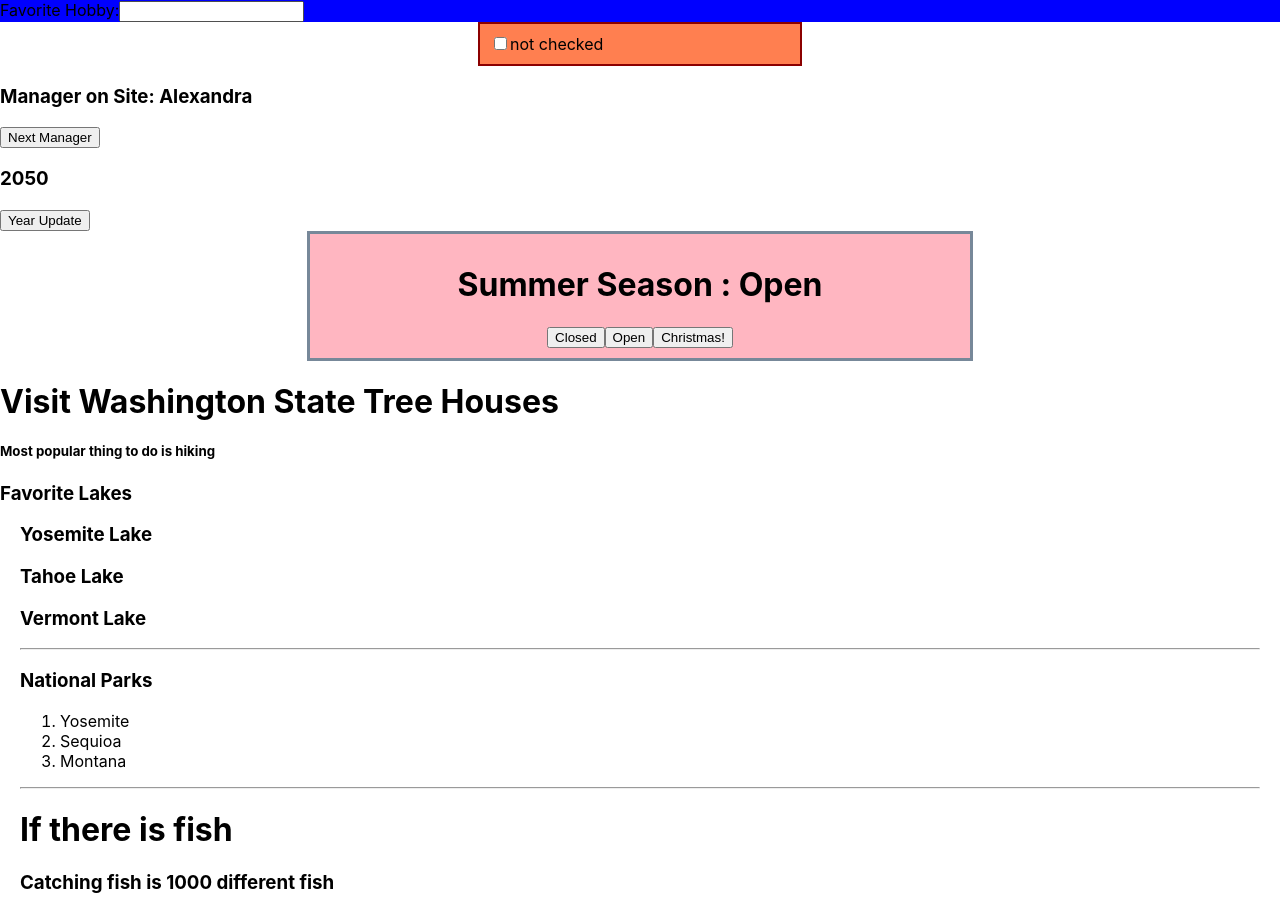
Repository: CaptainStorm21/intro-react-hooks
Page: /
The author's editor kept a copy of each file at every save. The page is drawn from the files as they stood at one save, then again after a run of saves.
The browser window is 1280 px wide. The pictures show the whole page.
The project was rebuilt for these pictures with package versions that can differ from the ones it lists, and the page was loaded fresh each time. Also part of the build but not shown: src/App.css.

Above is the page before, as saved 2020-05-27 21:57:44.

### src/index.js
import React from "react";
import ReactDOM from "react-dom";
import "./index.css";
import Fragment from "./Fragment"
import UseEffect from "./UseEffect";

const nationalParkList = ["Yosemite", "Sequioa", "Montana"];
const campingList = [
  {
    id: 0,
    name: "Mulberry Camp",
    location: " South Montana",
  },
  {
    id: 1,
    name: "Volga Camp",
    location: "Oregon",
  },
  {
    id: 2,
    name: "Captain Camp",
    location: "East Montana",
  },
  {
    id: 3,
    name: "Blue Dunes Camp",
    location: "South Montana",
  },
];

function Lake({ name }) {
  return <h3>{name}</h3>;
}

function Fishing({ abundant }) {
  return (
    < div >
      <h3> Catching fish is {abundant}</h3>
    </div >
  )
}

function Icehole ({ icefishing }) {
  return (
    < div >
      <h3> Winter Fish is {icefishing}</h3>
    </div >
  )
}

function MontanaFall() {
  return (
    <div>
      <h3>Come see Montana!</h3>
      <hr></hr>
      <div className="campstyle">
        {campingList.map((camp) => (
          <div key={camp.id}>
            <h4>{camp.name}</h4>
            <p>Location:{camp.location}</p>
          </div>
        ))}
      </div>
    </div>
  );
}

function SkiResort({thingstodo}) {
  return (
    <div>
      <h1>Visit Washington State Tree Houses</h1>
      <h5>Most popular thing to do is {thingstodo}</h5>
    </div>
  );
}
function App(props) {

  if (props.season === "fall") {
    return <MontanaFall />;
  } else if (props.season === "summer"){
    return (
      <div>
        <UseEffect />
        <Fragment />

        <SkiResort  thingstodo="hiking"/>
        <h3>Favorite Lakes</h3>
        <div className="lakestyle">
          <Lake name="Yosemite Lake" />
          <Lake name="Tahoe Lake" />
          <Lake name="Vermont Lake" />
          <hr></hr>
          <h3>National Parks</h3>
          <ol>
            {props.parks.map((park) => (
              <li>{park}</li>
            ))}
          </ol>
          <hr></hr>
          <h1>If there is fish</h1>
          <div>
            {props.season === "summer" ? (
              <Fishing abundant="1000 different fish" />
            ) : props.season === "winter" ? (
              <Icehole icefishing="A lot of pikes" />
            ) : (<h1>Wanna stay home?</h1>)}
            </div>
        </div>
      </div>
    );
  }
}

// function Hello({ library, message, books }) {
//   return (
//     <div>
//       <h1>Hello {library}</h1>
//       <h4>books avail to rent {books}</h4>
//       <h5>Hours: {message}</h5>
//     </div>
//   )
// }

// function Hello(props) {
//   console.log(props);
//   console.log(Object.keys(props));
//   return (
//     <div>
//       <h1>Hello from {props.library}</h1>
//       <h3>{props.message}</h3>
//       <h4> books available to rent - {props.books}</h4>
//       <h5>Props used - {Object.keys(props).length}</h5>
//     </div>
//   )
// }

// function Hello() {
//   return (
//     <div>
//       <p> rendering is happening </p>
//       <h1>Hello world!</h1>
//     </div>
//   )
// }
ReactDOM.render(
  //  React.createElement("h1", null, "Hello"),
  // React.createElement("h1", { style: { color: "red" } }, "Hello"),
  // React.createElement("div", { style: { color: "blue" } },
  // React.createElement("h1", null, "Morning")  ),
  // <ul>
  //   <li>Pizza</li>
  //   <li>Sushi</li>
  // </ul>,
  // /* <Hello></Hello>, */
  // <Hello library="Washington Library" message="Open for all " books={10}/>,
  <App parks={nationalParkList} season="summer" />,
  document.getElementById("root")
);

### src/index.css
body {
  margin: 0;
  font-family: -apple-system, BlinkMacSystemFont, 'Segoe UI', 'Roboto', 'Oxygen',
    'Ubuntu', 'Cantarell', 'Fira Sans', 'Droid Sans', 'Helvetica Neue',
    sans-serif;
  -webkit-font-smoothing: antialiased;
  -moz-osx-font-smoothing: grayscale;
}

code {
  font-family: source-code-pro, Menlo, Monaco, Consolas, 'Courier New',
    monospace;
}

.lakestyle, .campstyle {
  padding-left: 20px;
  padding-right: 20px;
}

.div-style{
  padding: 10px;
  border: 3px solid lightslategray;
  width: 50%;
  margin: 0 auto;
  background-color: lightpink;
  text-align: center;
}

.blue-div{
  background-color: blue
}

.checkbox-div{
  background-color: coral;
  padding: 10px;
  width: 300px;
  border: 2px solid darkred;
  margin: 0 auto;
}

### src/Fragment.js
import React, { useState } from "react";
import "./App.css";
import Checkbox from './Checkbox'

// const [first, second, third, fouth] = ["Mary", "Katy", "Ludwig", "Stephen"];

// function Kids() {
//   return <h1>Children at play!</h1>;
// }

// function Kayak() {
//   return (
//     <div>
//       <h2> Kayaking going on </h2>
//     </div>
//   );
// }

function Fragment() {
    const [year, setYear] = useState(2050)
    const [manager, setManager] = useState('Alexandra')
    const [status, setStatus] = useState("Open");
  return (
      <>
          <div className = "checkbox-div">
              <Checkbox/>
          </div>
      <div>
        <h3>Manager on Site: {manager}</h3>
        <button onClick={() => setManager("Mary Anne")}>Next Manager</button>
      </div>
      <div>
        <h3>{year}</h3>
        <button onClick={() => setYear(year+1)}>Year Update</button>
      </div>
      <div className="div-style">
        <h1>Summer Season : {status}</h1>
        <button onClick={() => setStatus("Closed")}>Closed</button>
        <button onClick={() => setStatus("Open")}>Open</button>
        <button onClick={() => setStatus("Gone to Santa's!")}>
          Christmas!
        </button>
      </div>
    </>
  );
}



// function Fragment() {
//   return (
//     <>
//       <div className="div-style">
//         <Kayak />
//         <Kids />
//       </div>
//     </>
//   );
// }

export default Fragment;

### src/UseEffect.js
import React from 'react'

export default function UseEffect() {
    return (
        <div className = "blue-div">
            <label>
                Favorite Hobby:
                 <input/>
            </label>
        </div>
    )
}

### src/Checkbox.js
import React, { useState, useEffect } from "react";

export default function Checkbox() {
    const [checked, setChecked] = useState(false);
    useEffect(() => {
        alert(` checked: ${checked.toString()}`);
    });
    return (
    <>
            <input type="checkbox"
                value={checked}
                onChange={ () => setChecked (checked => !checked )  } />
            {checked ? "checked" : "not checked"}
    </>
  )
}

Loaded but not shown: public/index.html (common file)

After the next 2 saves:
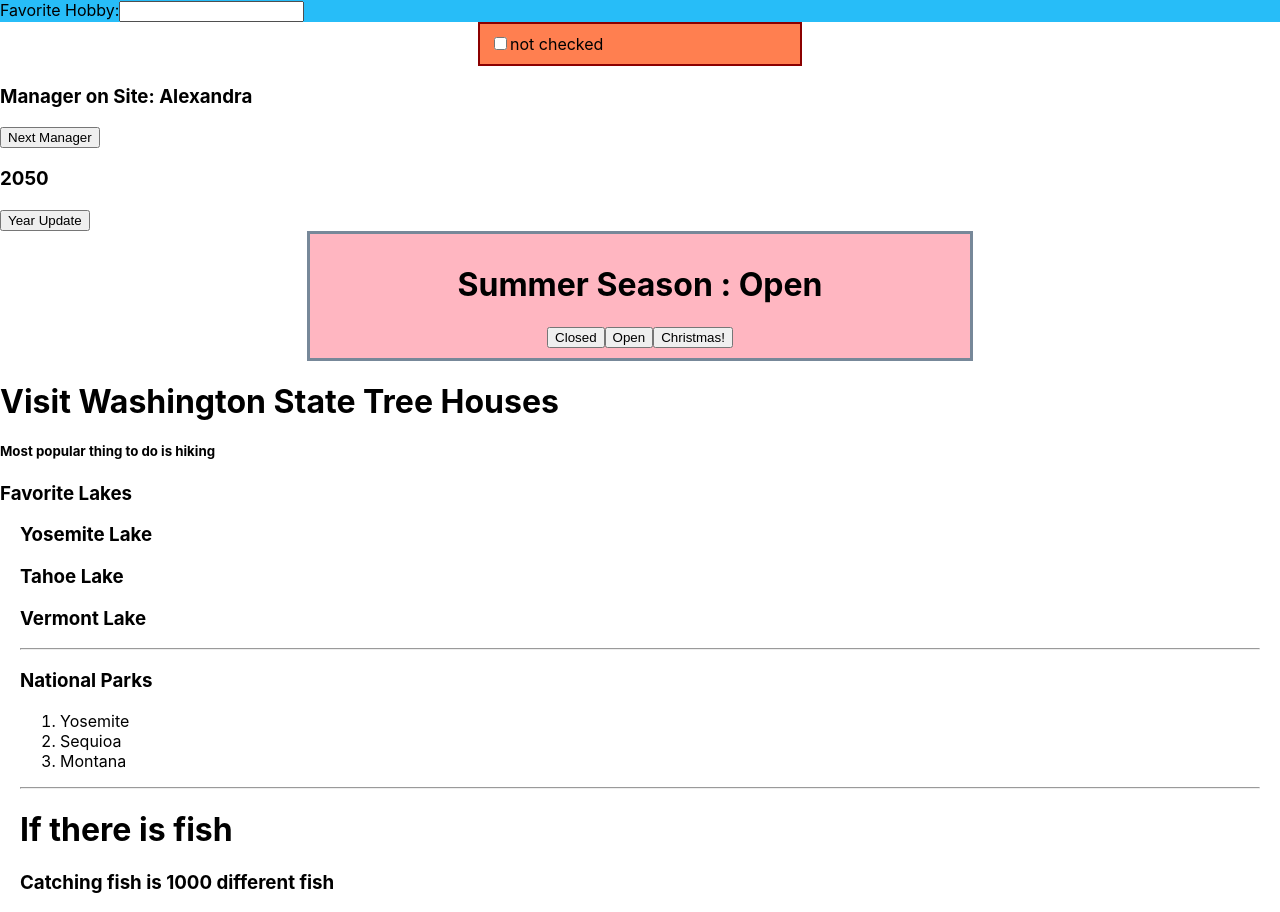
The 2 saves are shown as one change because they came seconds apart.
The last was saved 12 s later.
--- a/src/index.css
+++ b/src/index.css
@@ -27,7 +27,7 @@ code {
 }
 
 .blue-div{
-  background-color: blue
+  background-color: rgb(39, 189, 248)
 }
 
 .checkbox-div{
